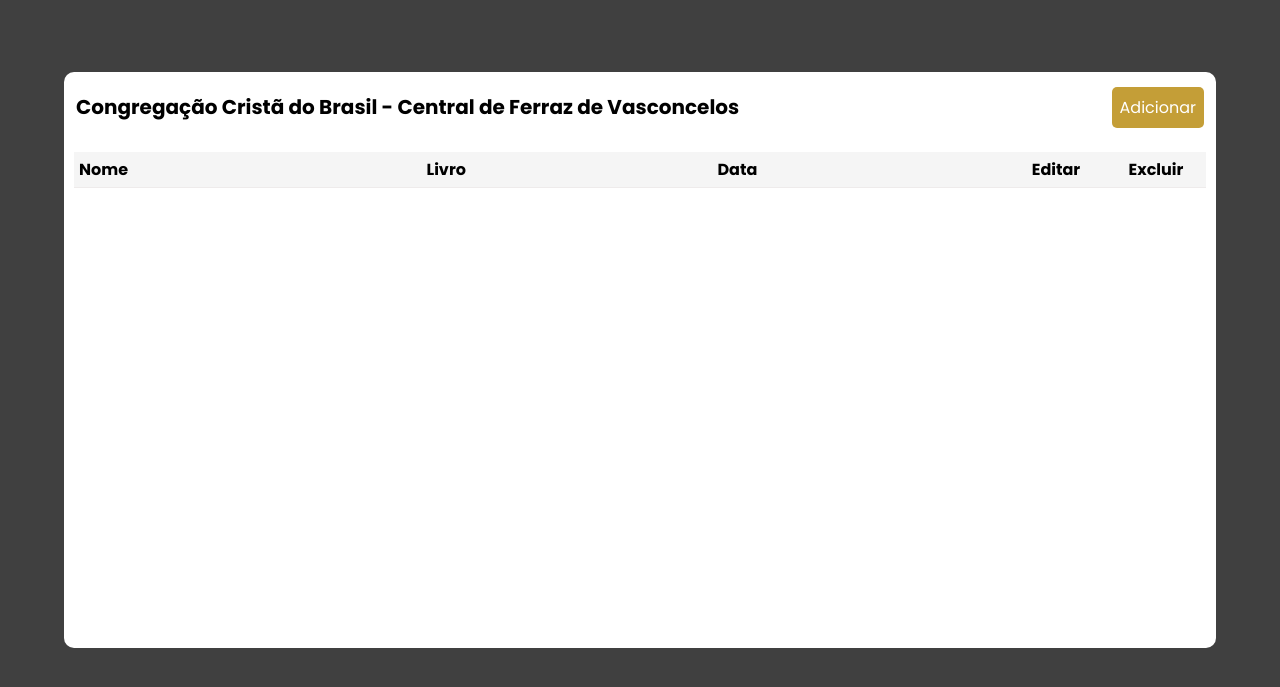
Repository: Matheus904-12/API-da-CCB
Page: index.html
These files come from the project's save history. The page is drawn as it stood at one moment and after a run of saves; the edit follows.
The browser window is 1280 px wide. The pictures show the whole page.

Above is the page before, as saved 2024-01-12 03:21:35.

### index.html
<!DOCTYPE html>
<html lang="pt-br">

<head>
  <meta charset="UTF-8">
  <meta http-equiv="X-UA-Compatible" content="IE=edge">
  <meta name="viewport" content="width=device-width, initial-scale=1.0">
  <title>CCB - Central</title>
  <link rel="stylesheet" href="style.css">
  <link href='https://unpkg.com/boxicons@2.1.1/css/boxicons.min.css' rel='stylesheet'>
</head>

<body>
  <div class="container">
    <div class="header">
      <span>Congregação Cristã do Brasil - Central de Ferraz de Vasconcelos</span>
      <button onclick="openModal()" id="new">Adicionar</button>
    </div>

    <div class="divTable">
      <table>
        <thead>
          <tr>
            <th>Nome</th>
            <th>Livro</th>
            <th>Data</th>
            <th class="acao">Editar</th>
            <th class="acao">Excluir</th>
          </tr>
        </thead>
        <tbody>
        </tbody>
      </table>
    </div>

    <div class="modal-container">
      <div class="modal">
        <form>
          <label for="gender2">Auxiliar</label>
          <select id="gender2">
            <option value="">Nenhum</option>
            <option value="">Aline Gomes Santos</option>
            <option value="">Alfredo Bruske Schuster</option>
            <option value="">Alef Vinicius</option>
            <option value="">José Victor Zeller Gonçalves</option>
            <option value="">Jonas Amorim Lopes da Silva</option>
            <option value="">Loraine de Assis Souza</option>
            <option value="">Natália de Sena Marques</option>
          </select>
<br>
          <label for="m-nome">Nome</label>
            <input id="m-nome" type="text" required />

            <label for="m-funcao">Livro</label>
            <input id="m-funcao" type="text" required />

            <label for="m-capitulo">Capítulo</label>
            <input id="m-capitulo" type="number" required />

            <label for="m-versiculo">Versículo</label>
            <input id="m-versiculo" type="number" required />

            <label for="m-date">Data</label>
            <input id="m-date" type="date" required />

            <button id="btnSalvar">Salvar</button>
        </form>
      </div>
    </div>

  </div>
  <script src="script.js"></script>
</body>

</html>

### style.css
@import url('https://fonts.googleapis.com/css2?family=Poppins:wght@200;300;400;500;700&family=Roboto:wght@100;300;400;500;700;900&family=Source+Sans+Pro:wght@200;300;400;600;700;900&display=swap');

* {
  margin: 0;
  padding: 0;
  box-sizing: border-box;
  font-family: 'Poppins', sans-serif;
}

body {
  width: 100vw;
  height: 100vh;
  display: flex;
  align-items: center;
  justify-content: center;
  background-color: rgba(0, 0, 0, 0.748);
}

button {
  cursor: pointer;
}

.container {
  width: 90%;
  height: 80%;
  border-radius: 10px;
  background: white;
}

.header {
  min-height: 70px;
  display: flex;
  align-items: center;
  justify-content: space-between;
  margin: auto 12px;
}

.header span {
  font-weight: 900;
  font-size: 20px;
  word-break: break-all;
}

#new {
  font-size: 16px;
  padding: 8px;
  border-radius: 5px;
  border: none;
  color: white;
  background-color: rgb(196, 158, 55);
}

.divTable {
  padding: 10px;
  width: auto;
  height:inherit;
  overflow:auto;
}

.divTable::-webkit-scrollbar {
  width: 12px;
  background-color: whitesmoke;
}

.divTable::-webkit-scrollbar-thumb {
  border-radius: 10px;
  background-color: darkgray;
}

table {
  width: 100%;
  border-spacing: 10px;
  word-break: break-all;
  border-collapse: collapse;
}

thead {
  background-color: whitesmoke;
}

tr {
  border-bottom: 1px solid rgb(238, 235, 235)!important;
}

tbody tr td {
  vertical-align: text-top;
  padding: 6px;
  max-width: 50px;
}

thead tr th {
  padding: 5px;
  text-align: start;
  margin-bottom: 50px;
}

tbody tr {
  margin-bottom: 50px;
}

thead tr th.acao {
  width: 100px!important;
  text-align: center;
}

tbody tr td.acao {
  text-align: center;
}

@media (max-width: 700px) {
  body {
    font-size: 10px;
  }

  .header span {
    font-size: 15px;
  }

  #new {
    padding: 5px;
    font-size: 10px;
  }

  thead tr th.acao {
    width: auto!important;
  }

  td button i {
    font-size: 20px!important;
  }

  td button i:first-child {
    margin-right: 0;
  }

  .modal {
    width: 90%!important;
  }

  .modal label {
    font-size: 12px!important;
  }
}

.modal-container {
  width: 100vw;
  height: 100vh;
  position: fixed;
  top: 0;
  left: 0;
  background-color: rgba(0, 0, 0, 0.5);
  display: none;
  z-index: 999;
  align-items: center;
  justify-content: center;
}

.modal {
  display: flex;
  flex-direction: column;
  align-items: center;
  padding: 40px;
  background-color: white;
  border-radius: 10px;
  width: 50%;
}

.modal label {
  font-size: 14px;
  width: 100%;
}

.modal input {
  width: 100%;
  outline: none;
  padding: 5px 10px;
  width: 100%;
  margin-bottom: 20px;
  border-top: none;
  border-left: none;
  border-right: none;
}

.modal button {
  width: 100%;
  margin: 10px auto;
  outline: none;
  border-radius: 20px;
  padding: 5px 10px;
  width: 100%;
  border: none;
  background-color: rgb(196, 158, 55);
  color: white;
}

.active {
  display: flex;
}

.active .modal {
  animation: modal .4s;
}

@keyframes modal {
  from {
    opacity: 0;
    transform: translate3d(0, -60px, 0);
  }
  to {
    opacity: 1;
    transform: translate3d(0, 0, 0);
  }
}

td button {
  border: none;
  outline: none;
  background: transparent;
}

td button i {
  font-size: 25px;
}

td button i:first-child {
  margin-right: 10px;
}

### script.js
const modal = document.querySelector('.modal-container');
const tbody = document.querySelector('tbody');
const sNome = document.querySelector('#m-nome');
const sFuncao = document.querySelector('#m-funcao');
const sSalario = document.querySelector('#m-salario');
const btnSalvar = document.querySelector('#btnSalvar');

let funcionarios;
let id;

function openModal(edit = false, index = 0) {
    modal.style.display = 'flex';

    modal.onclick = e => {
        if (e.target.className.indexOf('modal-container') !== -1) {
            modal.style.display = 'none';
        }
    };

    if (edit) {
        sNome.value = funcionarios[index].nome;
        sFuncao.value = funcionarios[index].funcao;
        sSalario.value = funcionarios[index].salario;
        id = index;
    } else {
        sNome.value = '';
        sFuncao.value = '';
        sSalario.value = '';
    }
}

function deleteFuncionario(index) {
    funcionarios.splice(index, 1);
    setFuncionariosBD();
    loadFuncionarios();
}

function saveFuncionario() {
    if (sNome.value === '' || sFuncao.value === '' || sSalario.value === '') {
        return;
    }

    if (id !== undefined) {
        funcionarios[id].nome = sNome.value;
        funcionarios[id].funcao = sFuncao.value;
        funcionarios[id].salario = sSalario.value;
    } else {
        funcionarios.push({
            'nome': sNome.value,
            'funcao': sFuncao.value,
            'salario': sSalario.value
        });
    }

    setFuncionariosBD();

    modal.style.display = 'none';
    loadFuncionarios();
    id = undefined;
}

function insertFuncionario(funcionario, index) {
    let tr = document.createElement('tr');

    tr.innerHTML = `
        <td>${funcionario.nome}</td>
        <td>${funcionario.funcao}</td>
        <td>R$ ${funcionario.salario}</td>
        <td class="acao">
            <button onclick="openModal(true, ${index})"><i class='bx bx-edit'></i></button>
        </td>
        <td class="acao">
            <button onclick="deleteFuncionario(${index})"><i class='bx bx-trash'></i></button>
        </td>
    `;
    tbody.appendChild(tr);
}

function loadFuncionarios() {
    funcionarios = getFuncionariosBD();
    tbody.innerHTML = '';
    funcionarios.forEach((funcionario, index) => {
        insertFuncionario(funcionario, index);
    });
}

const getFuncionariosBD = () => JSON.parse(localStorage.getItem('dbfuncionarios')) || [];
const setFuncionariosBD = () => localStorage.setItem('dbfuncionarios', JSON.stringify(funcionarios));

btnSalvar.onclick = e => {
    e.preventDefault();
    saveFuncionario();
};

loadFuncionarios();

After the next 4 saves:
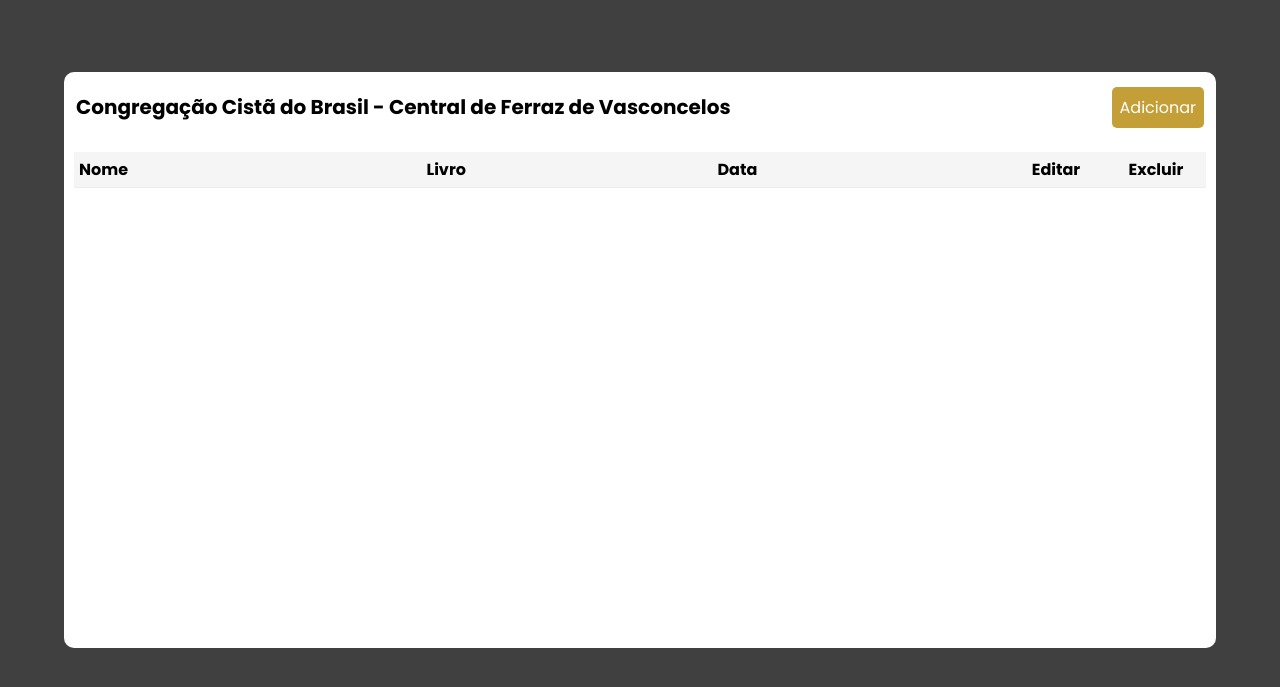
The 4 saves are shown as one change because they came seconds apart.
The last was saved 28 s later.
--- a/index.html
+++ b/index.html
@@ -13,8 +13,8 @@
 <body>
   <div class="container">
     <div class="header">
-      <span>Congregação Cristã do Brasil - Central de Ferraz de Vasconcelos</span>
-      <button onclick="openModal()" id="new">Adicionar</button>
+      <span>Congregação Cistã do Brasil - Central de Ferraz de Vasconcelos</span>
+      <button onclick="openModal()" id="new">Adicionar</i></button>
     </div>
 
     <div class="divTable">
@@ -36,34 +36,34 @@
     <div class="modal-container">
       <div class="modal">
         <form>
-          <label for="gender2">Auxiliar</label>
-          <select id="gender2">
-            <option value="">Nenhum</option>
-            <option value="">Aline Gomes Santos</option>
-            <option value="">Alfredo Bruske Schuster</option>
-            <option value="">Alef Vinicius</option>
-            <option value="">José Victor Zeller Gonçalves</option>
-            <option value="">Jonas Amorim Lopes da Silva</option>
-            <option value="">Loraine de Assis Souza</option>
-            <option value="">Natália de Sena Marques</option>
-          </select>
-<br>
+          <label for="gender">Auxiliar</label>
+            <select id="gender2">
+                <option value="">Nenhum</option>
+                <option value="">Aline Gomes Santos</option>
+                <option value="">Alfredo Bruske Schuster</option>
+                <option value="">Alef Vinicius</option>
+                <option value="">José Victor Zeller Gonçalves</option>
+                <option value="">Jonas Amorim Lopes da Silva</option>
+                <option value="">Loraine de Assis Souza</option>
+                <option value="">Natália de Sena Marques</option>
+              </select>
+              <input type="text">
+
           <label for="m-nome">Nome</label>
-            <input id="m-nome" type="text" required />
+          <input id="m-nome" type="text" required />
 
-            <label for="m-funcao">Livro</label>
-            <input id="m-funcao" type="text" required />
+          <label for="m-funcao">Livro</label>
+          <input id="m-funcao" type="text" required />
 
-            <label for="m-capitulo">Capítulo</label>
-            <input id="m-capitulo" type="number" required />
+          <label for="m-funcao">Capítulo</label>
+          <input id="m-funcao" type="number" required />
 
-            <label for="m-versiculo">Versículo</label>
-            <input id="m-versiculo" type="number" required />
+          <label for="m-funcao">Versículo</label>
+          <input id="m-funcao" type="number" required />
 
-            <label for="m-date">Data</label>
-            <input id="m-date" type="date" required />
-
-            <button id="btnSalvar">Salvar</button>
+          <label for="date">Data</label>
+          <input  id="m-date" type="date" id="date" required />
+          <button id="btnSalvar">Salvar</button>
         </form>
       </div>
     </div>
